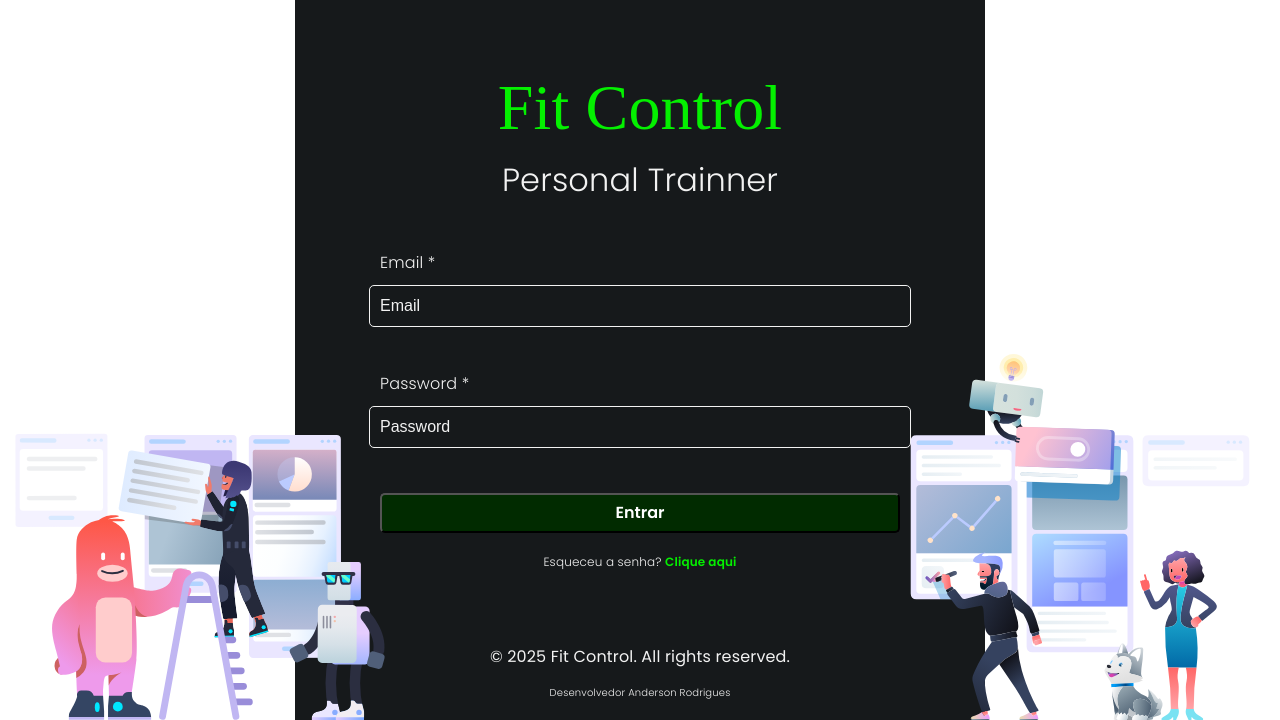
Repository: fit-control/frontend-fit-control
Page: /
An editor plug-in stored every save of this project. The page is shown before and after the next save, followed by the edit.
The browser window is 1280 px wide. The pictures show the whole page.
Some web fonts or font styles are not loaded; a fallback is used. The project was rebuilt for these pictures with package versions that can differ from the ones it lists, and the page was loaded fresh each time. The framework's server and built-in components were replaced by stand-ins that run in the browser. Also part of the build but not shown: next.config.js, vite.config.ts.

Above is the page before, as saved 2025-01-18 22:59:32.

### src/app/layout.tsx
/* eslint-disable @next/next/no-img-element */
import "./globals.css";
import Home from "./page";
export default function RootLayout({
  // children,
}: Readonly<{
  children: React.ReactNode;
}>) {
  return (
    <html lang="en">
      <body>
          <Home />
      </body>
    </html>
  );
}

### src/app/page.tsx
import ContainerCenterLogin from "./components/containerCenterLogin";

export default function Home() {
  return (
    <div className="items-center justify-items-center min-h-screen flex">
      <ContainerCenterLogin />
    </div>
  );
}

### src/app/globals.css
@import url('https://fonts.googleapis.com/css2?family=Alike+Angular&family=Platypi:ital,wght@0,300..800;1,300..800&family=Poppins:ital,wght@0,100;0,200;0,300;0,400;0,500;0,600;0,700;0,800;0,900;1,100;1,200;1,300;1,400;1,500;1,600;1,700;1,800;1,900&display=swap');
@import url('https://fonts.googleapis.com/css2?family=Aguafina+Script&family=Alike+Angular&family=Platypi:ital,wght@0,300..800;1,300..800&family=Poppins:ital,wght@0,100;0,200;0,300;0,400;0,500;0,600;0,700;0,800;0,900;1,100;1,200;1,300;1,400;1,500;1,600;1,700;1,800;1,900&display=swap');
/* @tailwind base;
@tailwind components;
@tailwind utilities; */

/* :root {
  --background: #ffffff;
  --foreground: #171717;
}

@media (prefers-color-scheme: light) {
  :root {
    --background: #0a0a0a;
    --foreground: #ededed;
  }
} */

body {
  padding: 0;
  margin: 0;
  font-family: Poppins, sans-serif;
  font-size: 16px;
  line-height: 1.5;
  font-weight: 400;
  letter-spacing: 0.01em;
  display: flex;
  justify-content: center;
  align-items: center;

  .iconPageLeft {
    position: absolute;
    left: 0;
    bottom: 0;
    max-width: 400px;
    max-height: 400px;

    @media (max-width: 1263px) {
      max-width: 300px;
      max-height: 300px;
    }
    @media (max-width: 1080px) {
      max-width: 200px;
      max-height: 200px;
    }
    @media (max-width: 900px) {
      display: none;
    }
  }
  .iconPageRight {
    position: absolute;
    right: 0;
    bottom: 0;
    max-width: 400px;
    max-height: 400px;

    @media (max-width: 1263px) {
      max-width: 300px;
      max-height: 300px;
    }

    @media (max-width: 1080px) {
      max-width: 200px;
      max-height: 200px;
    }
    @media (max-width: 900px) {
      display: none;
    }
  }

  .containerLogin {
    min-width: 650px;
    min-height: calc(100vh - 40px);
    display: flex;
    flex-direction: column;
    justify-content: space-between;
    padding: 20px;
    align-items: center;
    background-color: #16191B;

    .divTitle {
      margin-top: 40px;
      display: flex;
      flex-direction: column;
      align-items: center;
      justify-content: center;

      h1 {
        margin: 0;
        color: #04F000;
        font-family: 'Aguafina Script', cursive;
        font-size: 4rem;
        font-weight: 400;
      }
      h3 {
        margin: 0;
        color: #F2F2F2;
        font-family: 'Poppins', sans-serif;
        font-size: 2rem;
        font-weight: 300;
      }
    }
    p {
      color: #F2F2F2;
    }
    footer {
      display: flex;
      flex-direction: column;
      align-items: center;
      justify-content: center;

      .assignDeveloper {
        margin: 0%;
        color: #F2F2F2;
        font-size: 10px;
        font-weight: 300;
      }
    }

    @media (max-width: 900px) {
      max-width: 100vw;
    }
    .centerCard {
      display: flex;
      flex-direction: column;
      align-items: center;
      justify-content: center;
      gap: 10px;
      width: -webkit-fill-available;

      input {
        width: 80%;
        height: 40px;
        border: 1px solid #F2F2F2;
        border-radius: 5px;
        padding: 0 10px;
        background-color: #16191B;
        color: #F2F2F2;
        font-size: 16px;
        font-weight: 300;
        outline: none;
        margin-bottom: 35px;
        transition: all 0.3s ease;
        &::placeholder {
          color: #F2F2F2;
          font-size: 16px;
          font-weight: 300;
        }
        &:focus {
          border-color: #04F000;
        }
      }
      label {
        color: #F2F2F2;
        font-size: 16px;
        font-weight: 300;
        display: flex;
        justify-content: flex-start;
        width: 80%;
      }
      button {
        width: 80%;
        height: 40px;
        border-radius: 5px;
        padding: 0 10px;
        background-color: #012B00;
        color: #FFFFFF;
        font-family: 'Poppins', sans-serif;
        font-size: 16px;
        font-weight: 600;
        outline: none;
        transition: all 0.3s ease;
      }
      button:hover {
        background-color: #F2F2F2;
        color: #16191B;
        cursor: pointer;
      }
      button:active {
        background-color: #04F000;
        color: #16191B;
        cursor: pointer;
        opacity: 0.5;
      }
      button:disabled {
        background-color: #F2F2F2;
        color: #16191B;
        cursor: not-allowed;
        opacity: 0.5;
      }
      button:focus {
        outline: none;
      }
      button:focus-visible {
        outline: 1px solid #F2F2F2;
      }
      .registerLink {
        color: #04F000;
        font-weight: 600;
      }
      .forgotPassword {
        margin-top: 10px;
        font-size: 12px;
        font-weight: 300;
      }
      .registerLink {
        color: #04F000;
        font-weight: 600;
        text-decoration: none;
      }
      .registerLink:hover {
        text-decoration: underline;
      }
    }
  }
}

### src/app/components/containerCenterLogin.tsx
/* eslint-disable react/no-unescaped-entities */
/* eslint-disable @next/next/no-img-element */
const ContainerCenterLogin = () => {
  return (
    <div><img src="/trello-right.e6e102c7 (1).svg" alt="iconPageLeft" className="iconPageLeft" />
        <main className="containerLogin">
        <div className="divTitle">
          <h1 className="title">Fit Control</h1>
          <h3 className="subtitle">Personal Trainner</h3>
        </div>
        <div className="centerCard">
          <label htmlFor="email">Email *</label>
          <input type="text" placeholder="Email" />
          <label htmlFor="password">Password *</label>
          <input type="password" placeholder="Password" />
          <button>Entrar</button>
          <p className="forgotPassword">Esqueceu a senha? <a href="/register" className="registerLink">Clique aqui</a></p>
        </div>
        <footer className="">
          <p className="">
            &copy; {new Date().getFullYear()} Fit Control. All rights reserved.
          </p>
          <p className="assignDeveloper">Desenvolvedor Anderson Rodrigues</p>
        </footer>
      </main>
      <img src="/trello-left.4f52d13c (1).svg" alt="iconPageRight" className="iconPageRight" />
    </div>
  );
};

export default ContainerCenterLogin;

Loaded but not shown: tailwind.config.js (common file)

After the next save:
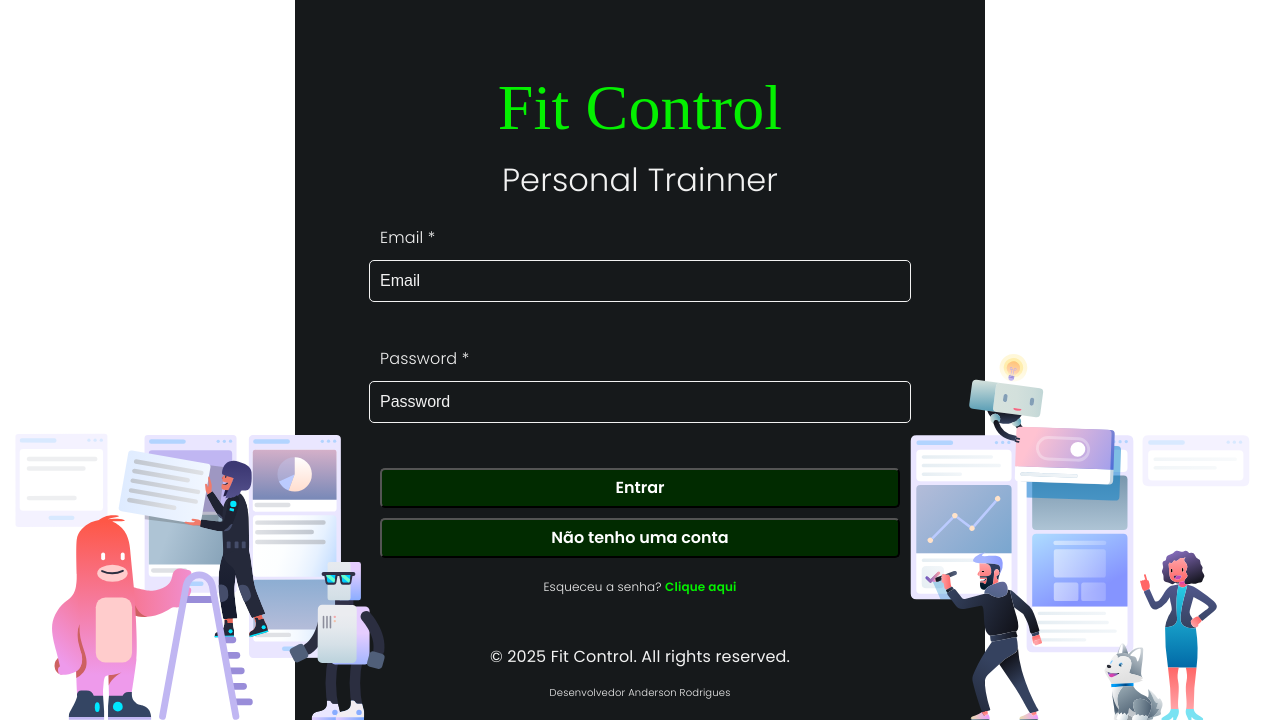
Saved 97 s later.
--- a/src/app/components/containerCenterLogin.tsx
+++ b/src/app/components/containerCenterLogin.tsx
@@ -14,6 +14,7 @@ const ContainerCenterLogin = () => {
           <label htmlFor="password">Password *</label>
           <input type="password" placeholder="Password" />
           <button>Entrar</button>
+          <button>Não tenho uma conta</button>
           <p className="forgotPassword">Esqueceu a senha? <a href="/register" className="registerLink">Clique aqui</a></p>
         </div>
         <footer className="">
